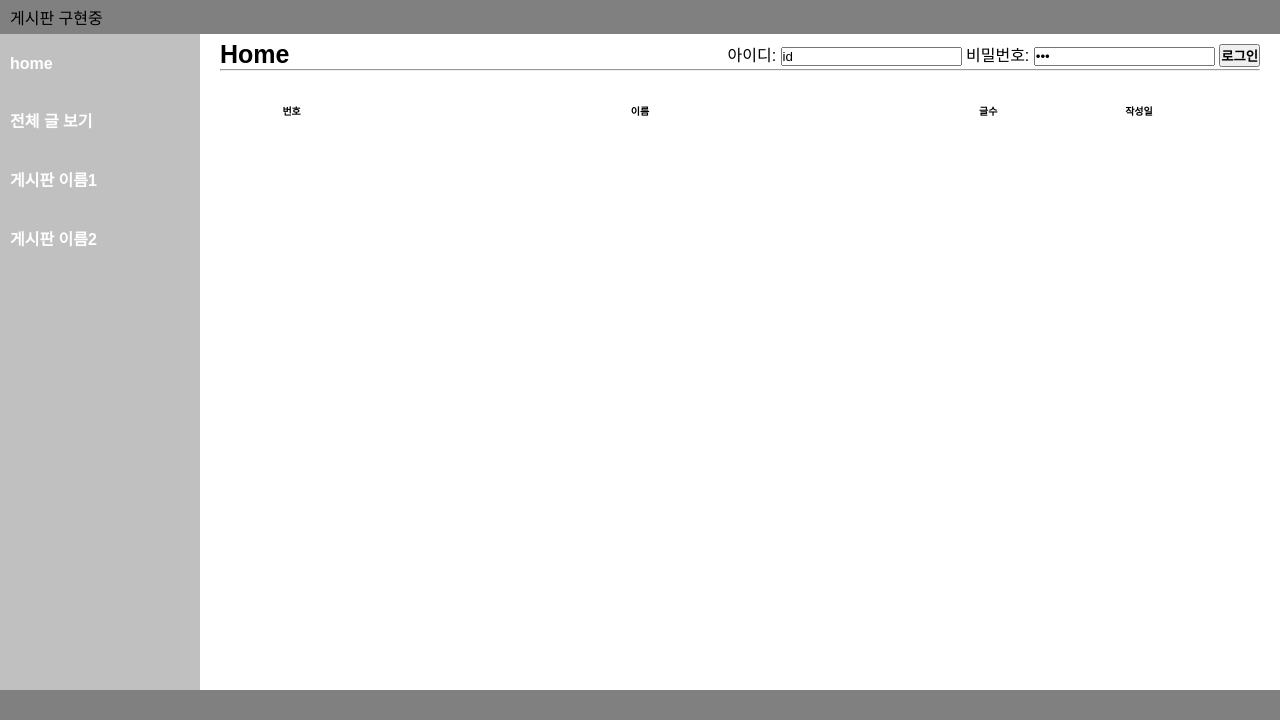
Repository: hyeon-jin-park/study
Page: work/internet_programing/Test_final/public/home.html
The author's editor kept a copy of each file at every save. The page is drawn from the files as they stood at one save, then again after the next save.
The browser window is 1280 px wide. The pictures show the whole page.

Above is the page before, as saved 2025-03-19 11:39:41.

After the next save:
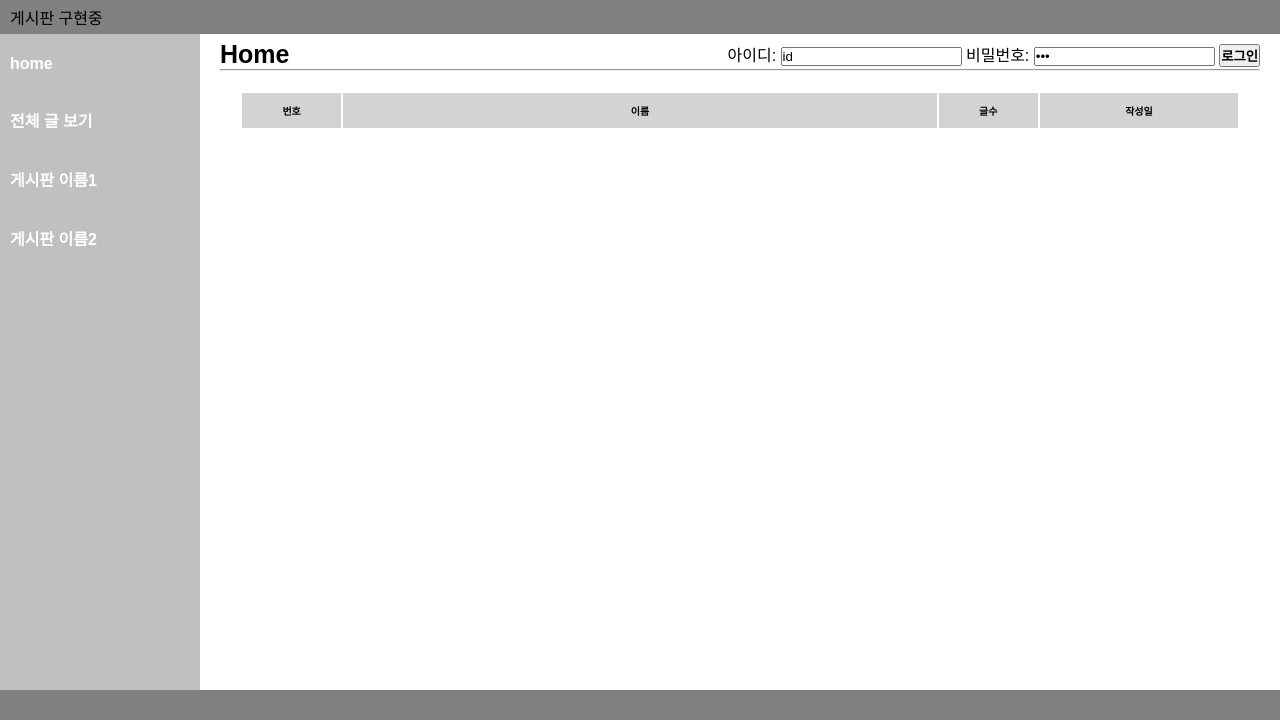
Saved 17 s later.
--- a/work/internet_programing/Test_final/public/home.html
+++ b/work/internet_programing/Test_final/public/home.html
@@ -50,7 +50,7 @@
     	<hr>
     	<div class="board">
     		<table class="header_elements">
-    			<tr style ="background-color: lightsilver">
+    			<tr style ="background-color: lightgray">
     				<th>번호</th>
     				<th>이름</th>
     				<th>글수</th>
